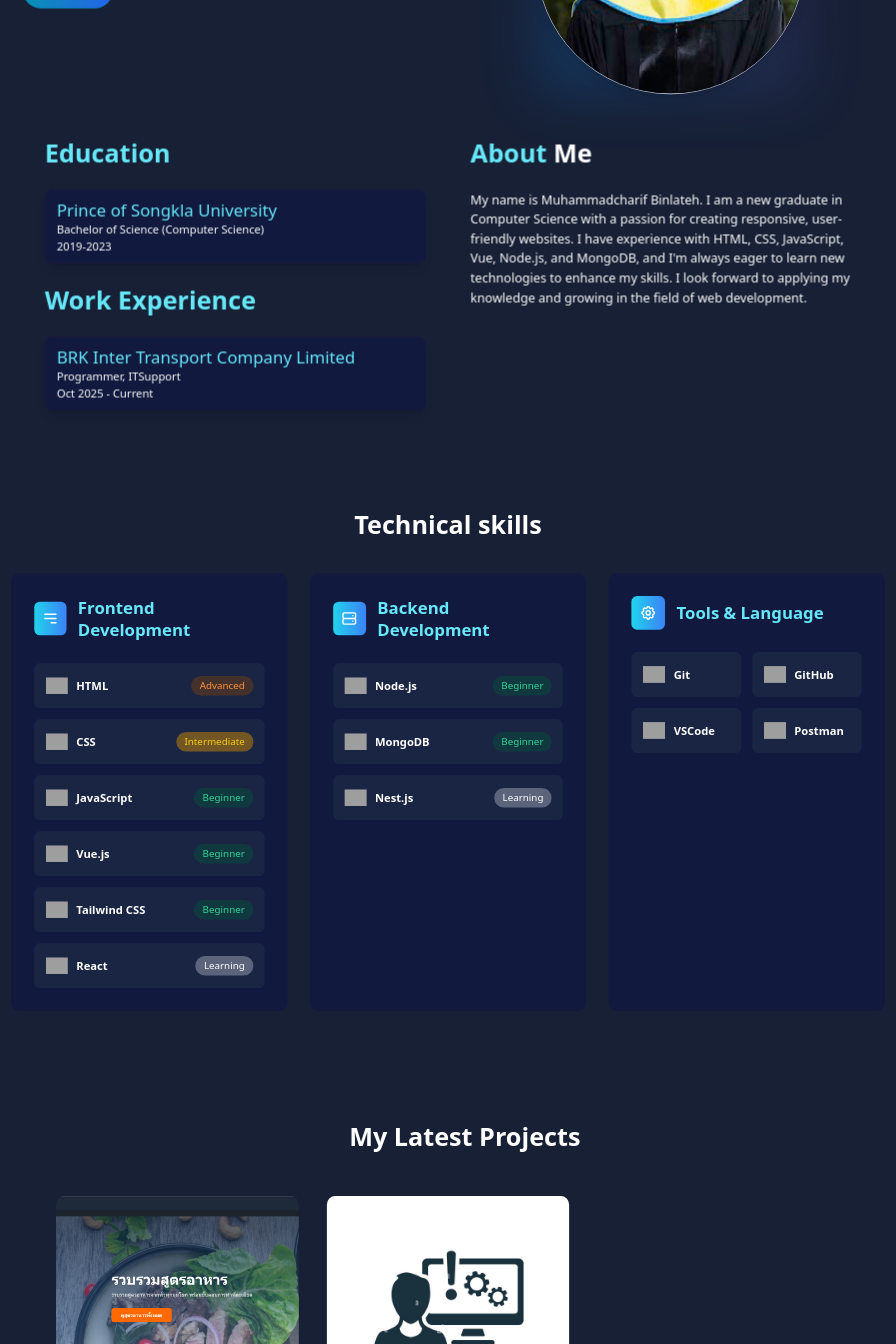
Repository: Charifx7/MyPortfolio
Page: /
The author's editor kept a copy of each file at every save. The page is drawn from the files as they stood at one save, then again after the next save.
The browser window is 1280 px wide. The pictures show the part of the page from y = 422 to 2342 px (the page is 3672 px tall), at 70% of full size.
Pictures or frames that could not be fetched are drawn as grey boxes. The project was rebuilt for these pictures with package versions that can differ from the ones it lists, and the page was loaded fresh each time. Also part of the build but not shown: vite.config.js.

Above is the page before, as saved 2026-02-14 10:07:47.

### src/App.vue
<template>
  <div class="bg-[#172035] min-h-screen w-full">
    <!-- Wrap components in Suspense to handle loading -->
     <Suspense>
      <template #default>
        <!-- Wrap all Components inside a single root element -->
         <div class="bg-[#172035]">
            <NavBar />
            <HeroSection />
            <AboutSection />
            <ExperienceAndSkills />
            <LatestProjSection />
            <ContactSection />
            <Footer/>
            <BackToTop />
      </div>
    </template>
    <template #fallback>
      <div class="flex justify-center items-center min-h-screen bg-[#172035]">
          <loadingSpinner />
      </div>
    </template>
  </Suspense>
  </div>
</template>

<script setup>
 import { defineAsyncComponent } from 'vue';
//Import Components Asynchronously
const NavBar = defineAsyncComponent(()=>import('@/components/NavBar.vue'));
const HeroSection = defineAsyncComponent(()=>import('@/components/HeroSection.vue'));
const ServicesSection = defineAsyncComponent(()=>import('@/components/ServicesSection.vue'));
const AboutSection = defineAsyncComponent(()=>import('@/components/AboutSection.vue'));
const TestimonialsSection = defineAsyncComponent(()=>import('@/components/TestimonialsSection.vue'));
const LatestProjSection = defineAsyncComponent(()=>import('@/components/LatestProjSection.vue'));
const ExperienceAndSkills = defineAsyncComponent(()=>import('@/components/ExperienceAndSkills.vue'));
const ContactSection = defineAsyncComponent(()=>import('@/components/ContactSection.vue'));
const Footer = defineAsyncComponent(()=>import('@/components/Footer.vue'));
const BackToTop = defineAsyncComponent(()=>import('@/components/BackToTop.vue'));
import loadingSpinner from './components/loadingSpinner.vue';
</script>
<style>

*{
  scrollbar-width: thin;
  scrollbar-color: #111827 #f1f1f1;
}

/* Add these styles to ensure background color consistency */
html, body {
  background-color: #172035;
  min-height: 100%;
}
</style>

### src/components/loadingSpinner.vue
<template>
    <div class="flex justify-center items-center h-full">
        <svg class="animate-spin h-16 w-16 text-white" xmlns="http://www.w3.org/2000/svg" viewBox="0 0 24 24">
            <defs>
                <linearGradient id="gradient1" x1="0%" y1="0%" x2="100%" y2="100%">
                    <stop offset="0%" stop-color="#00aeff" />
                    <stop offset="100%" stop-color="#dbebfa" />
                </linearGradient>
            </defs>
            <circle class="opacity-25" cx="12" cy="12" r="10" stroke="url(#gradient1)" stroke-width="4" fill="none">
            </circle>
            <path fill="#00aeff" d="M4 12a8 8 0 018-8V0C5.373 0 0 5.373 0 12h4z"></path>
        </svg>
    </div>
</template>

### src/components/NavBar.vue
<template>
    <header class="flex justify-between items-center p-6 bg-opacity-50 relative z-20 ">
        <div class="text-white text-xl font-bold"></div>
        <!-- Mobile Toggle Button -->
        <div class="md:hidden z-30">
            <button type="button" class="block focus:outline-none" @click="isMenuOpen = !isMenuOpen">
                <span v-if="isMenuOpen" class="text-5xl">
                    <img src="https://img.icons8.com/ios-filled/100/ffffff/delete-sign.png" alt="close" width="50"
                        height="50">
                </span>
                <span v-else class="text-5xl">
                    <img src="https://img.icons8.com/ios-filled/100/ffffff/menu--v6.png" alt="menu" width="50"
                        height="50">
                </span>
            </button>
        </div>
        <!-- Navbar Link -->
        <nav :class="['fixed inset-0 z-20 flex flex-col items-center justify-center bg-[#111827] md:relative md:bg-transparent md:flex md:justify-between md:flex-row',
            isMenuOpen ? 'block' : 'hidden'
        ]">
            <ul class="flex flex-col items-center space-y-5 md:flex-row md:space-x-5 md:space-y-0">
                <li v-for="item in Menu" :key="item.name">
                    <a :href="item.href"
                        class="block text-white transition hover:text-cyan-300 ease-linear text-2xl md:text-lg"
                        @click="scrollToSection(item.href)">
                        {{ item.name }}
                    </a>
                </li>
            </ul>
        </nav>
    </header>
</template>
<script setup>
import { ref } from 'vue';
const Menu = ref([
    { name: 'About Me', href: '#about' },
    { name: 'Skills', href: '#skills' },
    { name: 'Projects', href: '#projects' },
    { name: 'Contact', href: '#contact' },
]);

const isMenuOpen = ref(false)
const scrollToSection = (href) => {
    isMenuOpen.value = false;
    const section = document.querySelector(href);
    if (section) {
        section.scrollIntoView({ behavior: 'smooth' });
    }

}

</script>

### src/components/HeroSection.vue
<template>
    <section class="relative w-full" data-aos="zoom-in-up">
        <div class="w-full px-5 sm:px-8 md:px-12 lg:px-8 max-w-screen-lg lg:max-w-screen-xl mx-auto relative">
            <div class="grid lg:grid-cols-2 gap-10 xl:gap-14 relative pt-24 lg:max-w-none max-w-2xl md:max-w-3xl mx-auto">
                <div class="lg:py-6">
                    <div class="text-center lg:text-left">
                        <h1 class="pt-4 text-white font-bold text-4xl md:text-5xl lg:text-6xl">
                            Hi, I'm <span
                                class="text-transparent bg-gradient-to-r sm:bg-gradient-to-b md:bg-gradient-to-l lg:bg-gradient-to-r bg-clip-text from-cyan-400 to-blue-600">
                                Charif
                            </span>
                        </h1>
                    </div>
                    <p
                        class="text-gray-300 pt-8 text-center lg:text-left mx-auto max-w-xl text-4xl text-transparent bg-gradient-to-r sm:bg-gradient-to-b md:bg-gradient-to-l lg:bg-gradient-to-r from-cyan-400 to-blue-600 bg-clip-text">
                        Web Developer
                    </p>
                    <div class="flex items-center gap-3 pt-9 flex-col sm:flex-row sm:w-max sm:mx-auto lg:mx-0">
                        <a href="https://drive.google.com/file/d/1FlvfmhR0NsK0Ti8Xo9rk8j5-feIFt_Xn/view?usp=sharing" target="_blank" class="w-full sm:w-max">
                            <button class="border ry px-6 md:px-7 py-3 rounded-full relative group w-full flex justify-center
            bg-gradient-to-r from-cyan-600 to-blue-600 transition-transform duration-500 hover:scale-105"
                                style="background-color: #4DD0E1; border-color: #004d73;">
                                <span class="text-lg font-bold text-white">Resume</span>
                            </button>
                        </a>
                    </div>
                </div>
                <div class="flex items-center justify-center lg:h-full md:h-auto">
                    <div
                        class="relative flex items-center justify-center w-72 h-72 sm:w-96 sm:h-96 rounded-full shadow-lg border">
                        <img src="@/assets/top_picture.jpg" alt="Hero pic" width="500" height="auto" loading="lazy"
                            class="w-full h-full rounded-full object-cover fade-in-zoom" />
                        <div
                            class="absolute inset-0 bg-gradient-to-tr opacity-25 from-[#007fdb] to-[#832561] blur-2xl z-[-1]">
                        </div>
                    </div>
                </div>
            </div>
        </div>
    </section>
</template>
<script setup>
import { ref } from 'vue';
const Menu = ref([
    { name: 'About Me', href: '#about' },
    { name: 'Skills', href: '#skills' },
    { name: 'Projects', href: '#projects' },
    { name: 'Contact', href: '#contact' },
]);

import AOS from 'aos';
import 'aos/dist/aos.css';
AOS.init();
</script>

<style>
@keyframes fadeInZoom {
    0% {
        opacity: 0;
        transform: scale(0.9);
    }

    100% {
        opacity: 1;
        transform: scale(1);
    }
}

.fade-in-zoom {
    animation: fadeInZoom 1s ease-out forwards;
}
</style>

### src/components/ExperienceAndSkills.vue
<template>
    <section id="skills" class="py-20">
        <div class="container mx-auto px-4">
            <h2 class="text-4xl font-bold text-center text-white mb-12" data-aos="fade-up">Technical skills</h2>
            <div class="grid md:grid-cols-1 lg:grid-cols-3 gap-8">

                <!-- Frontend Section -->
                <div class="bg-[#111a3e] rounded-xl p-8 border border-[#1f1641] hover:shadow-xl transition-all duration-300"
                    data-aos="fade-up" data-aos-delay="100">
                    <div class="flex items-center mb-8">
                        <div class="w-12 h-12 bg-gradient-to-r from-cyan-400 to-blue-500 rounded-lg flex items-center justify-center">
                            <svg xmlns="http://www.w3.org/2000/svg" class="h-6 w-6 text-white" fill="none" viewBox="0 0 24 24" stroke="currentColor">
                                <path stroke-linecap="round" stroke-linejoin="round" stroke-width="2" d="M4 6h16M4 12h16m-7 6h7" />
                            </svg>
                        </div>
                        <h3 class="text-2xl font-bold ml-4 text-cyan-300">Frontend Development</h3>
                    </div>
                    <div class="grid grid-cols-1 gap-4">
                        <div v-for="skill in sortedFrontendSkills" :key="skill.id"
                            class="bg-[#1a2544] rounded-lg p-4 hover:bg-[#1f2d52] transition-all duration-300">
                            <div class="flex items-center justify-between">
                                <div class="flex items-center space-x-3">
                                    <img :src="skill.icon" alt="skill icon" class="w-8 h-8 object-contain"/>
                                    <h4 class="font-semibold text-white">{{ skill.name }}</h4>
                                </div>
                                <span class="px-3 py-1 text-sm rounded-full"
                                    :class="{
                                        'bg-yellow-900/50 text-orange-400': skill.level === 'Advanced',
                                        'bg-yellow-600/50 text-yellow-400': skill.level === 'Intermediate',
                                        'bg-emerald-900/50 text-emerald-400': skill.level === 'Beginner',
                                        'bg-gray-400/50 text-white': skill.level === 'Learning'
                                    }">
                                    {{ skill.level }}
                                </span>
                            </div>
                        </div>
                    </div>
                </div>

                <!-- Backend Section -->
                <div class="bg-[#111a3e] rounded-xl p-8 border border-[#1f1641] hover:shadow-xl transition-all duration-300"
                    data-aos="fade-up" data-aos-delay="200">
                    <div class="flex items-center mb-8">
                        <div class="w-12 h-12 bg-gradient-to-r from-cyan-400 to-blue-500 rounded-lg flex items-center justify-center">
                            <svg xmlns="http://www.w3.org/2000/svg" class="h-6 w-6 text-white" fill="none" viewBox="0 0 24 24" stroke="currentColor">
                                <path stroke-linecap="round" stroke-linejoin="round" stroke-width="2" d="M5 12h14M5 12a2 2 0 01-2-2V6a2 2 0 012-2h14a2 2 0 012 2v4a2 2 0 01-2 2M5 12a2 2 0 00-2 2v4a2 2 0 002 2h14a2 2 0 002-2v-4a2 2 0 00-2-2m-2-4h.01M17 16h.01" />
                            </svg>
                        </div>
                        <h3 class="text-2xl font-bold ml-4 text-cyan-300">Backend Development</h3>
                    </div>
                    <div class="grid grid-cols-1 gap-4">
                        <div v-for="skill in sortedBackendSkills" :key="skill.id"
                            class="bg-[#1a2544] rounded-lg p-4 hover:bg-[#1f2d52] transition-all duration-300">
                            <div class="flex items-center justify-between">
                                <div class="flex items-center space-x-3">
                                    <img :src="skill.icon" alt="skill icon" class="w-8 h-8 object-contain"/>
                                    <h4 class="font-semibold text-white">{{ skill.name }}</h4>
                                </div>
                                <span class="px-3 py-1 text-sm rounded-full"
                                    :class="{
                                        'bg-yellow-900/50 text-orange-400': skill.level === 'Advanced',
                                        'bg-blue-900/50 text-blue-400': skill.level === 'Intermediate',
                                        'bg-emerald-900/50 text-emerald-400': skill.level === 'Beginner',
                                        'bg-gray-400/50 text-white': skill.level === 'Learning'
                                    }">
                                    {{ skill.level }}
                                </span>
                            </div>
                        </div>
                    </div>
                </div>

                <!-- Tools & DevOps Section -->
                <div class="bg-[#111a3e] rounded-xl p-8 border border-[#1f1641] hover:shadow-xl transition-all duration-300"
                    data-aos="fade-up" data-aos-delay="300">
                    <div class="flex items-center mb-8">
                        <div class="w-12 h-12 bg-gradient-to-r from-cyan-400 to-blue-500 rounded-lg flex items-center justify-center">
                            <svg xmlns="http://www.w3.org/2000/svg" class="h-6 w-6 text-white" fill="none" viewBox="0 0 24 24" stroke="currentColor">
                                <path stroke-linecap="round" stroke-linejoin="round" stroke-width="2" d="M10.325 4.317c.426-1.756 2.924-1.756 3.35 0a1.724 1.724 0 002.573 1.066c1.543-.94 3.31.826 2.37 2.37a1.724 1.724 0 001.065 2.572c1.756.426 1.756 2.924 0 3.35a1.724 1.724 0 00-1.066 2.573c.94 1.543-.826 3.31-2.37 2.37a1.724 1.724 0 00-2.572 1.065c-.426 1.756-2.924 1.756-3.35 0a1.724 1.724 0 00-2.573-1.066c-1.543.94-3.31-.826-2.37-2.37a1.724 1.724 0 00-1.065-2.572c-1.756-.426-1.756-2.924 0-3.35a1.724 1.724 0 001.066-2.573c-.94-1.543.826-3.31 2.37-2.37.996.608 2.296.07 2.572-1.065z" />
                                <path stroke-linecap="round" stroke-linejoin="round" stroke-width="2" d="M15 12a3 3 0 11-6 0 3 3 0 016 0z" />
                            </svg>
                        </div>
                        <h3 class="text-2xl font-bold ml-4 text-cyan-300">Tools & Language</h3>
                    </div>
                    <div class="grid grid-cols-2 gap-4">
                        <div v-for="skill in sortedToolsAndDevOps" :key="skill.id"
                            class="bg-[#1a2544] rounded-lg p-4 hover:bg-[#1f2d52] transition-all duration-300">
                            <div class="flex items-center space-x-3">
                                <img :src="skill.icon" alt="tool icon" class="w-8 h-8 object-contain"/>
                                <div class="flex-1">
                                    <h4 class="font-semibold text-white">{{ skill.name }}</h4>
                                </div>
                            </div>
                        </div>
                    </div>
                </div>
            </div>
        </div>
    </section>
</template>

<script setup>
import { ref, computed } from 'vue';

const frontendSkills = ref([
    {
        id: 1,
        name: 'HTML',
        level: 'Advanced',
        icon: 'https://www.svgrepo.com/show/303205/html-5-logo.svg'
    },
    {
        id: 2,
        name: 'CSS',
        level: 'Intermediate',
        icon: 'https://upload.wikimedia.org/wikipedia/commons/thumb/d/d5/CSS3_logo_and_wordmark.svg/1200px-CSS3_logo_and_wordmark.svg.png'
    },
    {
        id: 3,
        name: 'JavaScript',
        level: 'Beginner',
        icon: 'https://static.vecteezy.com/system/resources/thumbnails/027/127/463/small_2x/javascript-logo-javascript-icon-transparent-free-png.png'
    },
    {
        id: 4,
        name: 'Vue.js',
        level: 'Beginner',
        icon: 'https://upload.wikimedia.org/wikipedia/commons/thumb/9/95/Vue.js_Logo_2.svg/1200px-Vue.js_Logo_2.svg.png'
    },
    {
        id: 5,
        name: 'Tailwind CSS',
        level: 'Beginner',
        icon: 'https://encrypted-tbn0.gstatic.com/images?q=tbn:ANd9GcTSDKn3vA2YUbXzN0ZC3gALWJ08gJN-Drl15w&s'
    },
    {
        id: 5,
        name: 'React',
        level: 'Learning',
        icon: 'https://www.svgrepo.com/show/452092/react.svg'
    }
]);

const backendSkills = ref([
    {
        id: 1,
        name: 'Node.js',
        level: 'Beginner',
        icon: 'https://www.svgrepo.com/show/354119/nodejs-icon.svg'

    },
    {
        id: 2,
        name: 'MongoDB',
        level: 'Beginner',
        icon: 'https://www.svgrepo.com/show/331488/mongodb.svg'
    },
    {
        id: 2,
        name: 'Nest.js',
        level: 'Learning',
        icon: 'https://logowik.com/content/uploads/images/nestjs-node-js1721157586.logowik.com.webp'
    },

]);

const toolsAndDevOps = ref([
    {
        id: 1,
        name: 'Git',
        icon: 'https://upload.wikimedia.org/wikipedia/commons/thumb/3/3f/Git_icon.svg/1200px-Git_icon.svg.png'
    },
    {
        id: 2,
        name: 'GitHub',
        icon: 'https://img.icons8.com/ios-filled/50/ffffff/github.png'
    },
    {
        id: 3,
        name: 'VSCode',
        icon: 'https://upload.wikimedia.org/wikipedia/commons/thumb/9/9a/Visual_Studio_Code_1.35_icon.svg/768px-Visual_Studio_Code_1.35_icon.svg.png'
    },
    {
        id: 4,
        name: 'Postman',
        icon: 'https://www.svgrepo.com/show/354202/postman-icon.svg'
    },
]);

// Helper function to sort skills by level
const sortByLevel = (skills) => {
    const levelOrder = {
        'Advanced': 1,
        'Intermediate': 2,
        'Beginner': 3,
        'Learning': 4
    };

    return [...skills].sort((a, b) => {
        return levelOrder[a.level] - levelOrder[b.level];
    });
};

// Computed properties for sorted skills
const sortedFrontendSkills = computed(() => sortByLevel(frontendSkills.value));
const sortedBackendSkills = computed(() => sortByLevel(backendSkills.value));
const sortedToolsAndDevOps = computed(() => toolsAndDevOps.value);
</script>

<style scoped>
.grid {
    grid-auto-rows: 1fr;
}
</style>

### src/components/Footer.vue
<template>
    <footer class="mt-8 border z-10 border-t-[#33353F] border-l-transparent border-r-transparent text-white">
        <div class="container p-12 flex justify-between">
            <!-- <div class="text-white text-3xl font-bold">Charif</div>-->
            <p class="text-slate-600"></p>
        </div>
    </footer>
</template>

### src/components/BackToTop.vue
<template>
    <button v-if="isVisible" @click="scrollToTop" class="fixed bottom-4 right-4 bg-gradient-to-r from-[#007fdb] to-[#004d73] text-white
    rounded-full w-12 h-12 flex items-center justify-center text-xl cursor-pointer transition-opacity duration-300 hover:bg-blue-600
    ">
        ↥
    </button>
</template>
<script setup>
import { ref, onMounted, onUnmounted } from 'vue';
const isVisible = ref(false);
const handleScroll = () => {
    isVisible.value = window.scrollY > 300;
}
const scrollToTop = () => {
    window.scrollTo({ top: 0, behavior: 'smooth' })
}
onMounted(() => {
    window.addEventListener('scroll', handleScroll)
});

onUnmounted(() => {
    window.removeEventListener('scroll', handleScroll);
})
</script>

Loaded but not shown: index.html (common file); src/main.js (common file); src/style.css (common file); tailwind.config.js (13 lines, source omitted); src/components/ContactSection.vue (175 lines, source omitted); src/components/LatestProjSection.vue (86 lines, source omitted); src/components/AboutSection.vue (74 lines, source omitted)

After the next save:
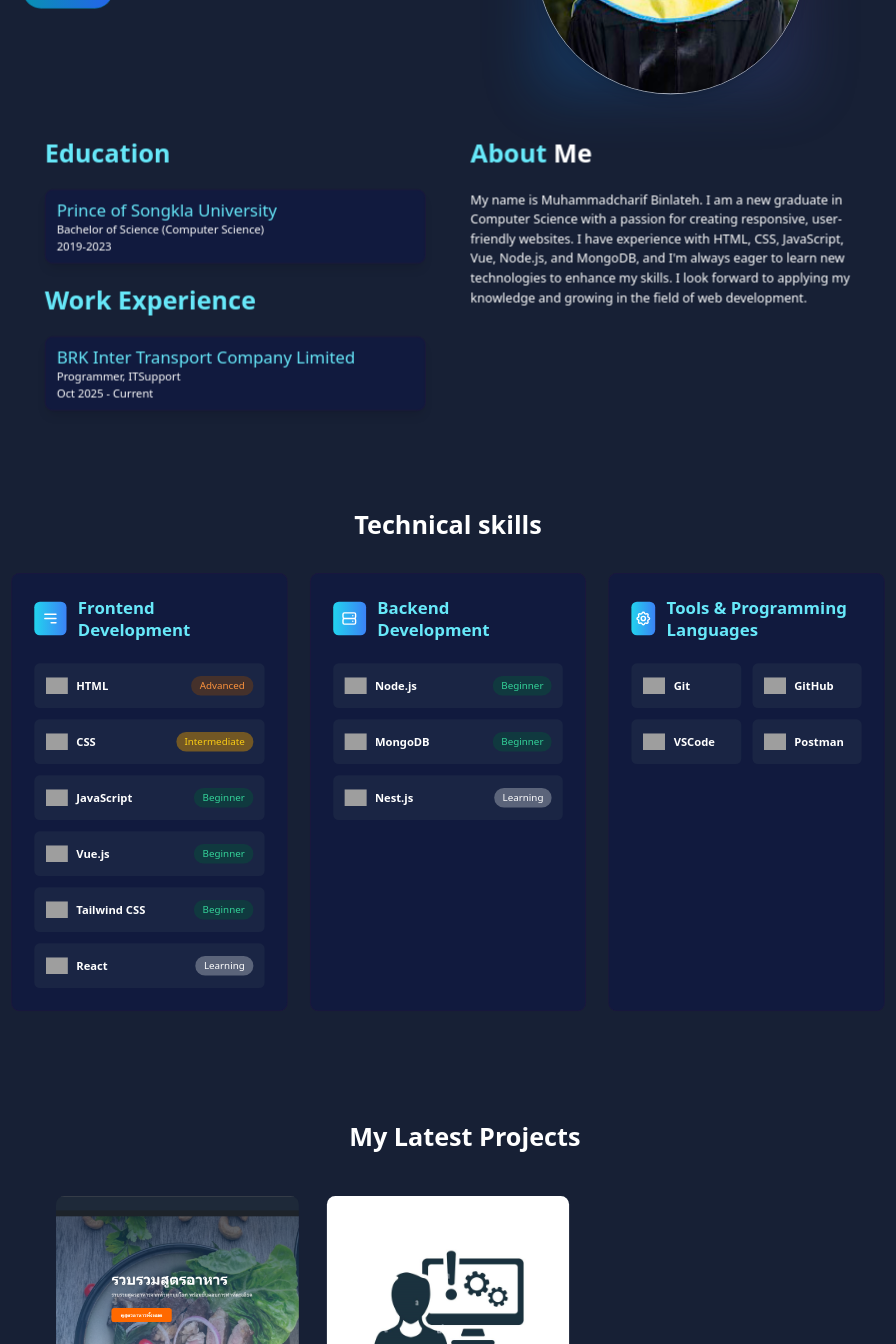
Saved 8 s later.
--- a/src/components/ExperienceAndSkills.vue
+++ b/src/components/ExperienceAndSkills.vue
@@ -80,7 +80,7 @@
                                 <path stroke-linecap="round" stroke-linejoin="round" stroke-width="2" d="M15 12a3 3 0 11-6 0 3 3 0 016 0z" />
                             </svg>
                         </div>
-                        <h3 class="text-2xl font-bold ml-4 text-cyan-300">Tools & Language</h3>
+                        <h3 class="text-2xl font-bold ml-4 text-cyan-300">Tools & Programming Languages</h3>
                     </div>
                     <div class="grid grid-cols-2 gap-4">
                         <div v-for="skill in sortedToolsAndDevOps" :key="skill.id"
